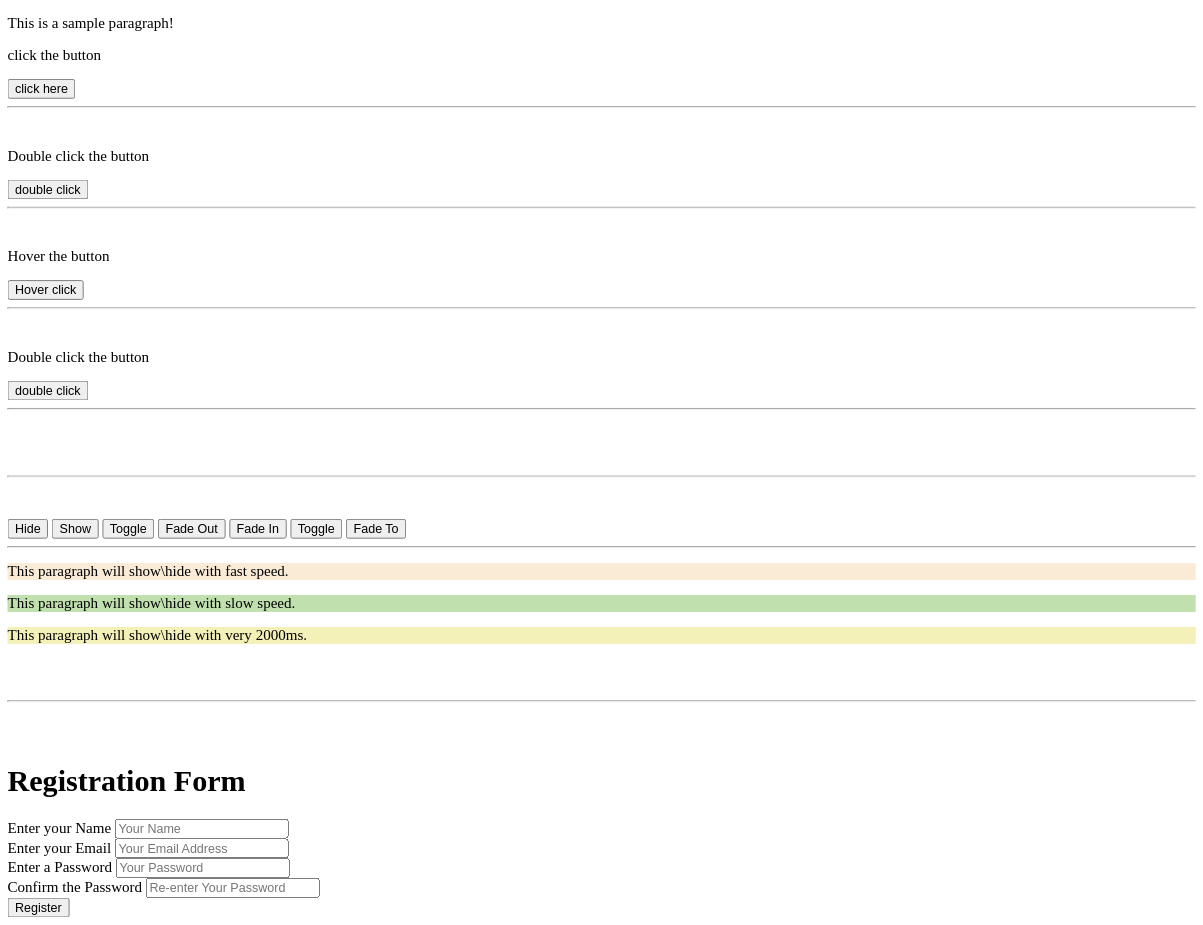
Repository: DhananjayaLakshan/Uom-Web_Design_For_Beginners
Page: Work02/index.html
These files come from the project's save history. The page is drawn as it stood at one moment and after the next save; the edit follows.
The browser window is 1280 px wide. The pictures show the whole page, at 94% of full size.

Above is the page before, as saved 2023-11-30 21:52:52.

### Work02/index.html
<!DOCTYPE html>
<html lang="en">

<head>
    <meta charset="UTF-8" />
    <meta name="viewport" content="width=device-width, initial-scale=1.0" />
    <title>jquery</title>
    <script src="jquery-3.7.1.min.js"></script>
</head>

<body>
    <p id="pid">This is a sample paragraph!</p>

    <script>
        $(document).ready(function () {
            $("#pid").click(function () {
                alert("You clicked the paragraph..!!");
            });
        });

        // $('#pid').click(function(){
        //     alert('You clicked the paragraph..!!');
        // });

        // document.getElementById('pid').onclick = function(){
        //     alert('You clicked the paragraph..!!');
        // }
    </script>

    <p>click the button</p>
    <button id="btn1">click here</button>
    <br />
    <hr />
    <br />

    <p>Double click the button</p>
    <button id="btn2">double click</button>
    <br />
    <hr />
    <br />

    <p>Hover the button</p>
    <button id="btn3">Hover click</button>
    <br />
    <hr />
    <br />

    <p>Double click the button</p>
    <button id="btn4">double click</button>
    <br />
    <hr />
    <br />

    <script>
        $(document).ready(function () {
            $("#btn1").click(function () {
                $(this).hide();
            });

            $("#btn2").dblclick(function () {
                $(this).hide();
            });

            $("#btn3").hover(function () {
                $(this).css("background-color", "pink");
            });

            $("#btn4").on({
                mouseenter: function () {
                    $(this).css("background-color", "cyan");
                },
                mouseleave: function () {
                    $(this).css("background-color", "yellow");
                },
            });
        });
    </script>

    <br /><br />
    <hr />
    <br /><br />

    <button class="hideBtn">Hide</button>
    <button class="showBtn">Show</button>
    <button class="toggleBtn">Toggle</button>
    <button class="fadeout">Fade Out</button>
    <button class="fadein">Fade In</button>
    <button class="toggle">Toggle</button>
    <button class="fadeto">Fade To</button>

    <hr />

    <p class="pfast" style="background-color: antiquewhite">
        This paragraph will show\hide with fast speed.
    </p>
    <p class="pslow" style="background-color: rgb(192, 224, 174)">
        This paragraph will show\hide with slow speed.
    </p>
    <p class="pclass" style="background-color: rgb(243, 241, 184)">
        This paragraph will show\hide with very 2000ms.
    </p>

    <script>
        $(document).ready(function () {
            $(".hideBtn").click(function () {
                $("p.pfast").hide("fast");
                $("p.pslow").hide("slow");
                $("p.pclass").hide(2000);
            });

            $(".showBtn").click(function () {
                $("p.pfast").show("fast");
                $("p.pslow").show("slow");
                $("p.pclass").show(2000);
            });

            $(".toggleBtn").click(function () {
                $("p.pfast").toggle("fast");
                $("p.pslow").toggle("slow");
                $("p.pclass").toggle(2000);
            });

            $(".fadeout").click(function () {
                $("p.pfast").fadeOut("fast");
                $("p.pslow").fadeOut("slow");
                $("p.pclass").fadeOut(2000);
            });

            $(".fadein").click(function () {
                $("p.pfast").fadeIn("fast");
                $("p.pslow").fadeIn("slow");
                $("p.pclass").fadeIn(2000);
            });

            $(".toggle").click(function () {
                $("p.pfast").fadeToggle("fast");
                $("p.pslow").fadeToggle("slow");
                $("p.pclass").fadeToggle(2000);
            });

            $(".fadeto").click(function () {
                $("p.pfast").fadeTo("fast", 0.5);
                $("p.pslow").fadeTo("slow", 0.5);
                $("p.pclass").fadeTo(2000, 0.5);
            });
        });
    </script>

    <br /><br />
    <hr />
    <br /><br />

    <div class="container">
        <h1>Registration Form</h1>
        <form action="" name="registration">
            <label for="name">Enter your Name</label>
            <input type="text" name="name" id="name" placeholder="Your Name" /> <br>

            <label for="email">Enter your Email</label>
            <input type="email" name="email" id="email" placeholder="Your Email Address" /><br>

            <label for="password">Enter a Password</label>
            <input type="password" name="password" id="password" placeholder="Your Password" /><br>

            <label for="password">Confirm the Password</label>
            <input type="password" name="confirmpassword" id="confirmpassword" placeholder="Re-enter Your Password" /><br>

            <button type="submit">Register</button>
        </form>
    </div>
</body>

</html>

Loaded but not shown: Work02/jquery-3.7.1.min.js (library)

After the next save:
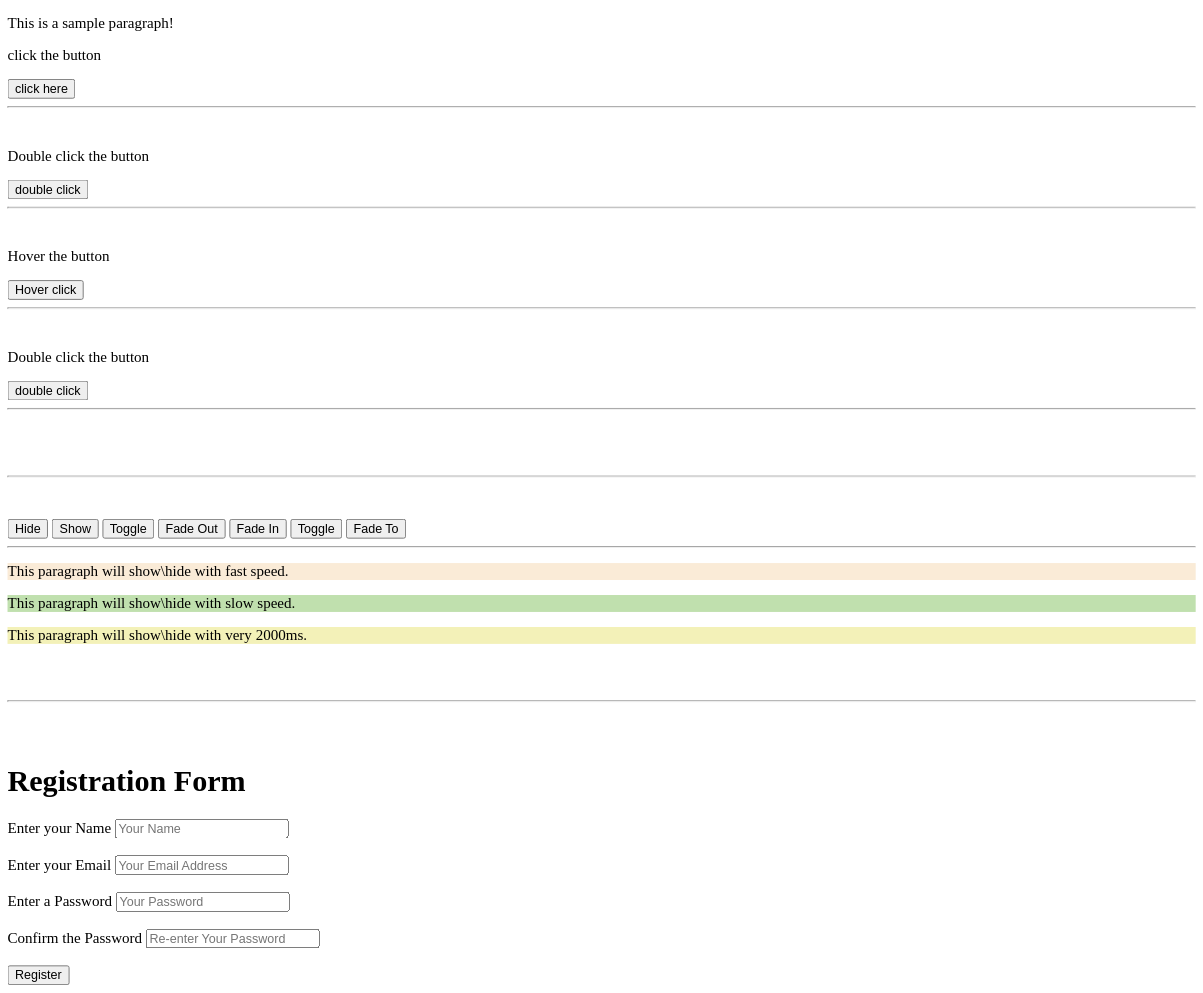
Saved 16 s later.
--- a/Work02/index.html
+++ b/Work02/index.html
@@ -154,16 +154,16 @@
         <h1>Registration Form</h1>
         <form action="" name="registration">
             <label for="name">Enter your Name</label>
-            <input type="text" name="name" id="name" placeholder="Your Name" /> <br>
+            <input type="text" name="name" id="name" placeholder="Your Name" /> <br><br>
 
             <label for="email">Enter your Email</label>
-            <input type="email" name="email" id="email" placeholder="Your Email Address" /><br>
+            <input type="email" name="email" id="email" placeholder="Your Email Address" /><br><br>
 
             <label for="password">Enter a Password</label>
-            <input type="password" name="password" id="password" placeholder="Your Password" /><br>
+            <input type="password" name="password" id="password" placeholder="Your Password" /><br><br>
 
             <label for="password">Confirm the Password</label>
-            <input type="password" name="confirmpassword" id="confirmpassword" placeholder="Re-enter Your Password" /><br>
+            <input type="password" name="confirmpassword" id="confirmpassword" placeholder="Re-enter Your Password" /><br><br>
 
             <button type="submit">Register</button>
         </form>
